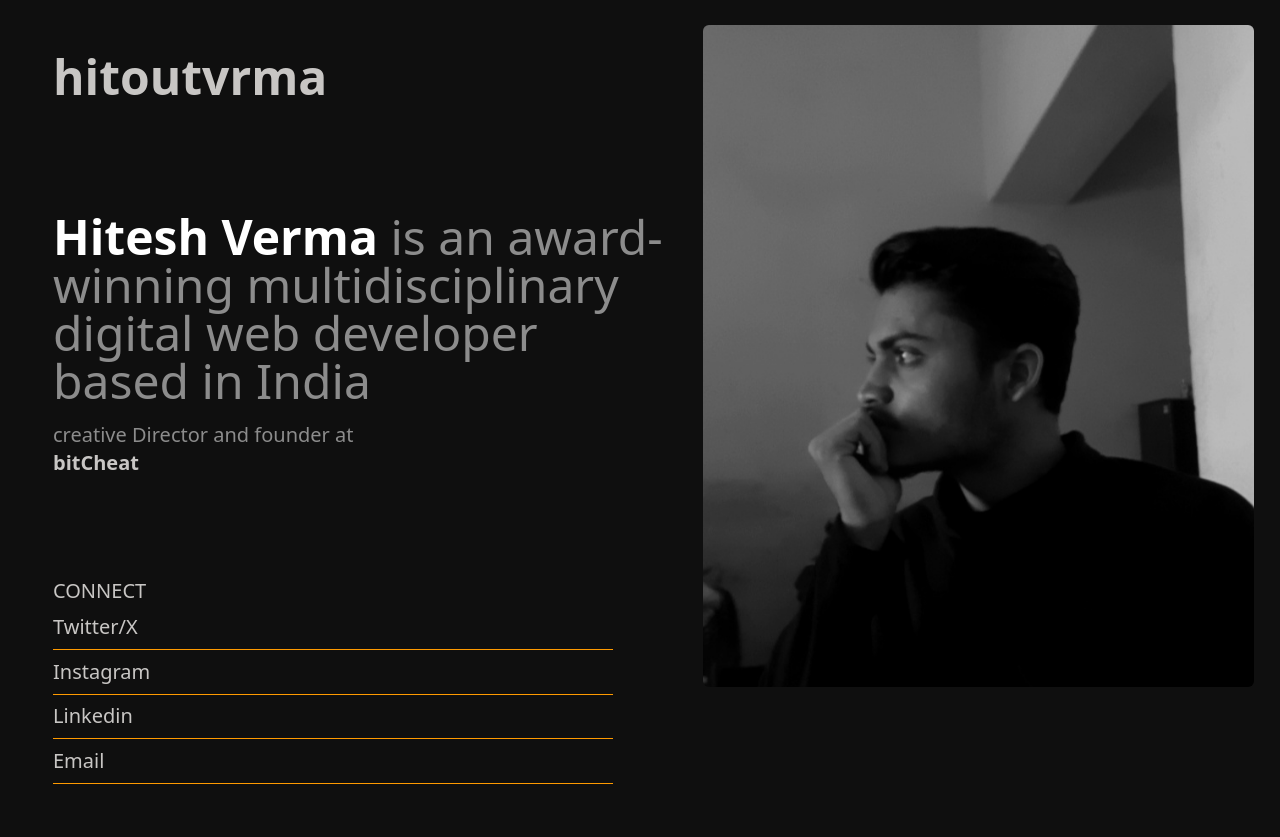
Repository: hitoutvrma/portfolio
Page: /
An editor plug-in stored every save of this project. The page is shown before and after the next save, followed by the edit.
The browser window is 1280 px wide. The pictures show the whole page.
The project was rebuilt for these pictures with package versions that can differ from the ones it lists, and the page was loaded fresh each time. Also part of the build but not shown: vite.config.js.

Above is the page before, as saved 2025-03-07 01:18:15.

After the next save:
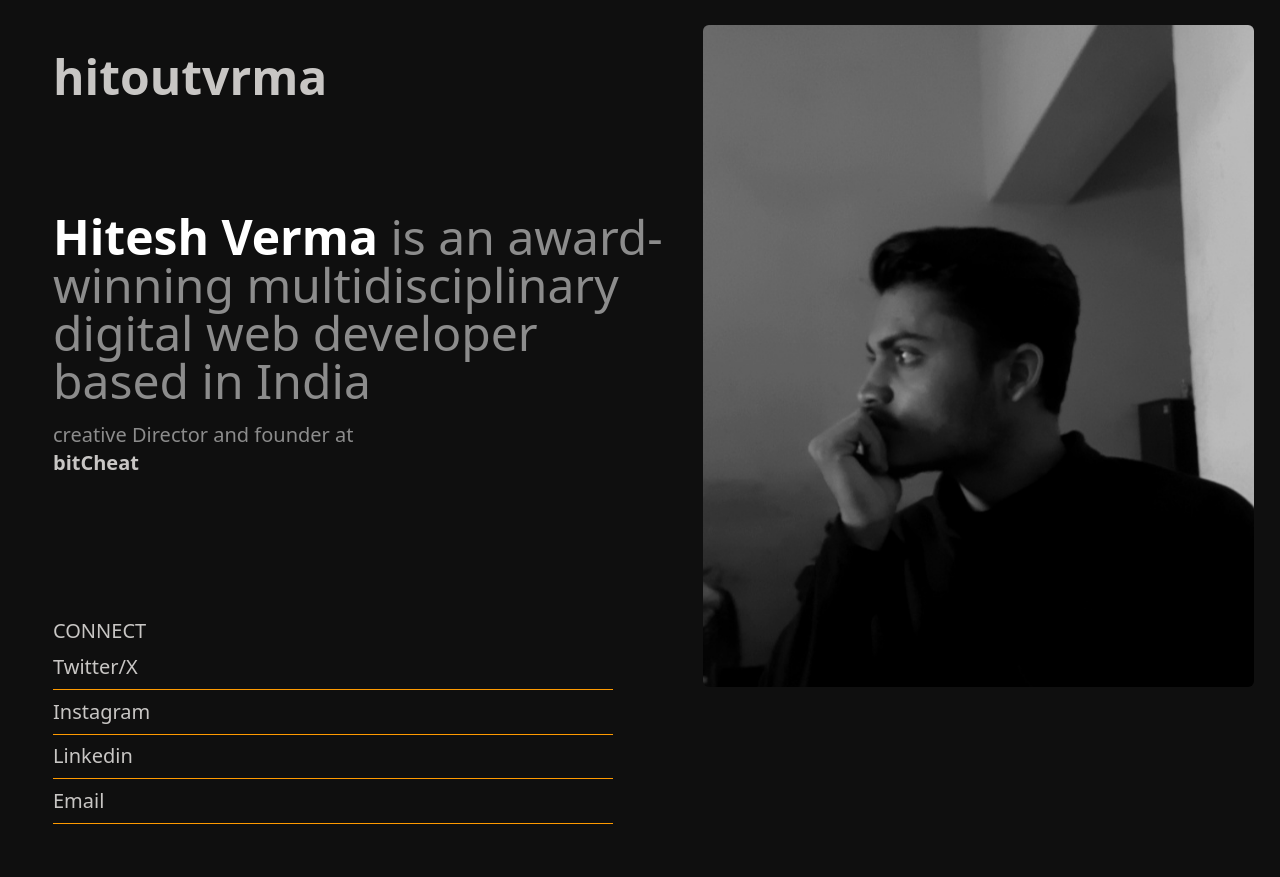
Saved 7 s later.
--- a/src/App.jsx
+++ b/src/App.jsx
@@ -12,7 +12,7 @@ function App() {
           <p className='text-[#8c8c8c]'>creative Director and founder at </p>
           <p className='font-semibold'>bitCheat</p>
         </div>
-        <div className='flex text-xl pt-25 flex-col gap-2'>
+        <div className='flex text-xl pt-35 flex-col gap-2'>
           <p>CONNECT</p>
           <div className='w-[90%] '>Twitter/X</div>
           <div className='w-[90%] h-[0.1vh] bg-amber-500'></div>
